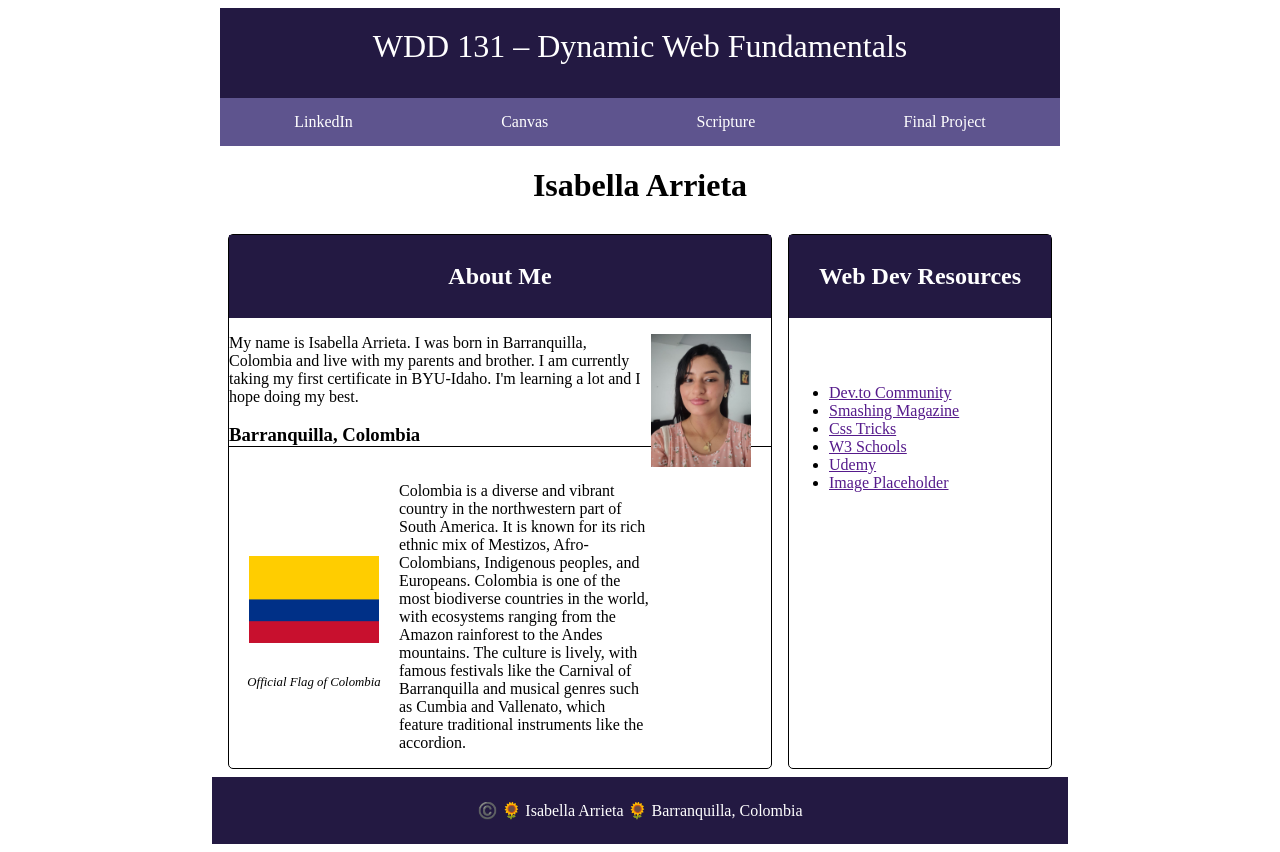
Repository: isaAJ05/wdd131
Page: index.html
These files come from the project's save history. The page is drawn as it stood at one moment and after the next save; the edit follows.
The browser window is 1280 px wide. The pictures show the whole page.
Some web fonts or font styles are not loaded; a fallback is used.

Above is the page before, as saved 2025-07-04 03:10:10.

### index.html
<!DOCTYPE html>
<html lang="en">
<head>
    <meta charset="UTF-8">
    <meta name="viewport" content="width=device-width, initial-scale=1.0">
    <title>WDD 131 – Dynamic Web Fundamentals – Isabella Arrieta</title>
    <meta name="description" content="WDD 131 – Dynamic Web Fundamentals Isabella Arrieta, This is a page about me">
    <meta name="author" content="Isabella Arrieta">
    <link rel="stylesheet" href="styles/base.css">
    <link rel="preconnect" href="https://fonts.googleapis.com">
    <link rel="preconnect" href="https://fonts.gstatic.com" crossorigin>
    <link href="https://fonts.googleapis.com/css2?family=Lato:ital,wght@0,100;0,300;0,400;0,700;0,900;1,100;1,300;1,400;1,700;1,900&family=Play:wght@400;700&family=Raleway:ital,wght@0,100..900;1,100..900&display=swap" rel="stylesheet">
</head>
<body>
    <header>
        <div class="header-title">
            <span id="course-title">WDD 131 – Dynamic Web Fundamentals</span>
        </div>
        <nav>
            <a href="www.linkedin.com/in/isabella-arrieta">LinkedIn</a>
            <a href="https://byupw.instructure.com/">Canvas</a>
            <a href="https://www.churchofjesuschrist.org/study/scriptures/bofm/alma/30?lang=eng&id=p44#p44">Scripture</a>
            <a href="">Final Project</a>

        </nav>
    </header>
    <main>

        <h1>Isabella Arrieta</h1>
        <section class="card">
            <div class="rectangle">
                <h2>About Me</h2>
            </div>
            <div class="presentation">
            <img src ="images/isa-picture.jpg" alt="Isabella Arrieta picture">
            <p>My name is Isabella Arrieta. I was born in Barranquilla, Colombia and live with my parents and brother. I am currently taking my first certificate in BYU-Idaho. I'm learning a lot and I hope doing my best. </p>
            <h3>Barranquilla, Colombia</h3>
            </div>
            <div class="country">
            <figure>
                <img src ="images/640px-Flag_of_Colombia.svg.webp" alt="Colombia flag">
                <figcaption>Official Flag of Colombia</figcaption>
            </figure>
            <p>Colombia is a diverse and vibrant country in the northwestern part of South America. It is known for its rich ethnic mix of Mestizos, Afro-Colombians, Indigenous peoples, and Europeans. Colombia is one of the most biodiverse countries in the world, with ecosystems ranging from the Amazon rainforest to the Andes mountains. The culture is lively, with famous festivals like the Carnival of Barranquilla and musical genres such as Cumbia and Vallenato, which feature traditional instruments like the accordion.</p>
            </div>
            </section>
        <section class="card">
            <div class="rectangle">
                <h2>Web Dev Resources</h2>
            </div>
                <ul>
                <li><a href="">Dev.to Community</a></li>
                <li><a href="">Smashing Magazine</a></li>
                <li><a href="">Css Tricks</a></li>
                <li><a href="">W3 Schools</a></li>
                <li><a href="">Udemy</a></li>
                <li><a href="">Image Placeholder</a></li>
            </ul>

        </section>
    </main>
    <footer>
        <p>
            ©️<span id="currentyear"></span> 🌻 Isabella Arrieta 🌻 Barranquilla, Colombia
        </p>
        <p>
            <span id="lastModified"></span>
        </p>
    </footer>

</body>
</html>

### styles/base.css
:root {
    --primary-color: #231942;
    --secondary-color: #5e548e;
    --accent1-color: #ffafcc;
    --accent2-color: #bde0fe;
    --accent3-color: #a2d2ff;
    --heading-font: "Play", sans-serif;
    --body-font: "Raleway", sans-serif;
}
header, main, footer {
    width: 840px;
    margin: 0 auto;
}
.course-title{
    display: block;

}
.header-title {
    color:white;
	height: 50px;
    padding: 20px;
    font-size: 2rem;
    text-align: center;
    background: var(--primary-color);
}

nav{
    display: flex;
    justify-content: space-around;
    text-decoration: none;
    background: var(--secondary-color);
}
nav a{
    color: #fff;
    text-decoration: none;
    padding: 15px;
}

nav a:hover {
	text-decoration: overline;
}

/* larger/wider views **************************/
@media (min-width: 640px) {
	nav ul {
		display: flex;
	}

	nav ul li {
		flex: 1 0 auto;
}

main{
    display: grid;
    grid-template: auto 1fr / 2fr 1fr;
}
main h1{
    grid-column: 1/3;
    text-align: center;
}
section{
    border: 1px solid black;
    border-radius: 5px;
    margin: 8px;
}

.card .rectangle{
    color:white;
    padding: 8px;
    text-align: center;
    background: var(--primary-color);


}
.presentation img{
    float: right;
    padding: 0px 20px 5px 0;
    width:100px ;
    height: auto;

}
.card h3{
    border-bottom: 1px solid black;
}

.country{
    display: flex;
    flex: 1 0 auto;
    align-items: center;
}
.card figure{
    margin: 0;
    padding: 0;
}
.card figure img{
    width: 130px;
    height: auto;
    padding:20px;
}
.card figure figcaption{
    text-align: center;
    font-style: italic;
    padding: 8px;
    font-size: 0.8rem;
}


.card ul{
    padding-top: 50px;
}

footer{
    color:  #fff;
    background: var(--primary-color);
    text-align: center;
    padding: 8px;
}

After the next save:
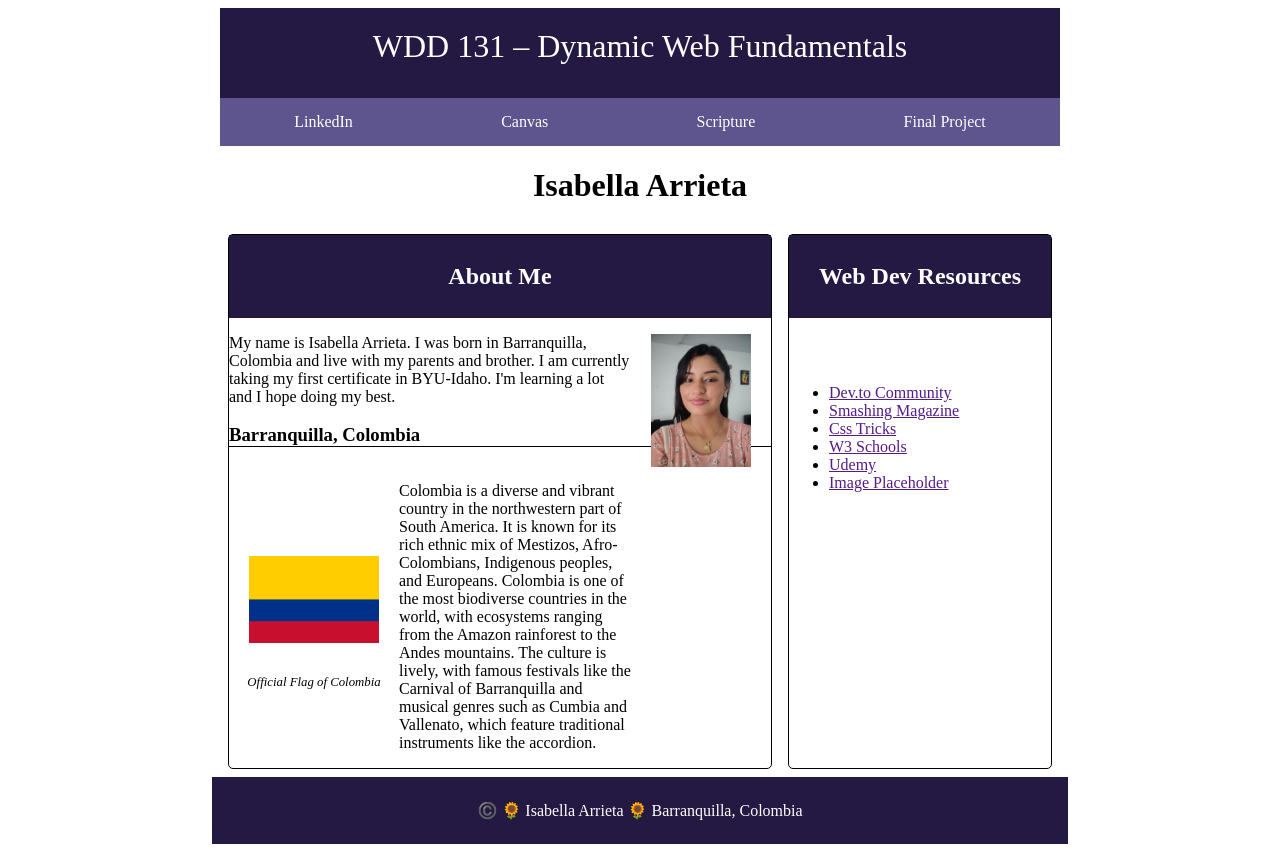
Saved 11 s later.
--- a/styles/base.css
+++ b/styles/base.css
@@ -74,7 +74,7 @@ section{
 }
 .presentation img{
     float: right;
-    padding: 0px 20px 5px 0;
+    padding: 0px 20px 5px ;
     width:100px ;
     height: auto;
 
